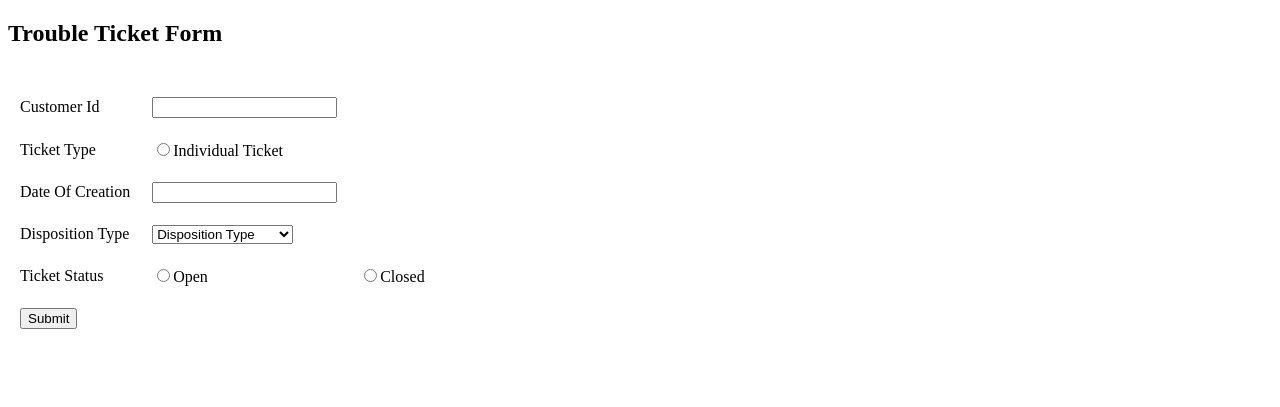
Repository: ApoorvaVeluri/JavaProject
Page: http://localhost/userinterface/Input.jsp
An editor plug-in stored every save of this project. The page is shown before and after the next save, followed by the edit.
The browser window is 1280 px wide. The pictures show the whole page.
The page is served by Tomcat 9. Other server files are loaded and not shown.

Above is the page before, as saved 2015-08-20 11:12:40.

### html/userinterface/WebContent/Input.jsp
<%@ page language="java" contentType="text/html; charset=ISO-8859-1"
	pageEncoding="ISO-8859-1"%>
<!DOCTYPE html PUBLIC "-//W3C//DTD HTML 4.01 Transitional//EN" "http://www.w3.org/TR/html4/loose.dtd">
<html>
<head>
<meta http-equiv="Content-Type" content="text/html; charset=ISO-8859-1">
<title>Insert title here</title>
</head>
<body>
	<h2>Trouble Ticket Form</h2>
	<form method="POST" action="">
		<table  cellpadding="10">

				<tr>
				<td>Customer Id</td><br>
				<td><input type="text" name="customerid" /></td>
			</tr>
			</div>

			<tr>
				<td>Ticket Type</td>
				<td><input type="radio" name="ticket_type" value="ticket_type" />Individual
					Ticket</td>

			</tr>

			<tr>
				<td>Date Of Creation</td>
				<td><input type="text" name="Date_of_creation" /></td>
			</tr>

			<tr>
			<td>Disposition Type</td>
				<td><select >
						<option value=""disabled selected>Disposition Type</option>
						<option value="Technician Dispatch">Technician Dispatch</option>
						<option value="Device Dispatch">Device Dispatch</option>
						<option value="Not Applicable">Not Applicable</option>
				</select></td>
			</tr>

			<tr>
			<td>Ticket Status</td>
			<td><input type="radio" name="ticket_status" value="ticket_status" />Open</td>
			<td><input type="radio" name="ticket_status" value="ticket_status" />Closed</td>

			<tr>
				<td colspan="2"><input type="submit" value="Submit" /></td>
			</tr>

		</table>
	</form>
</body>
</html>

After the next save:
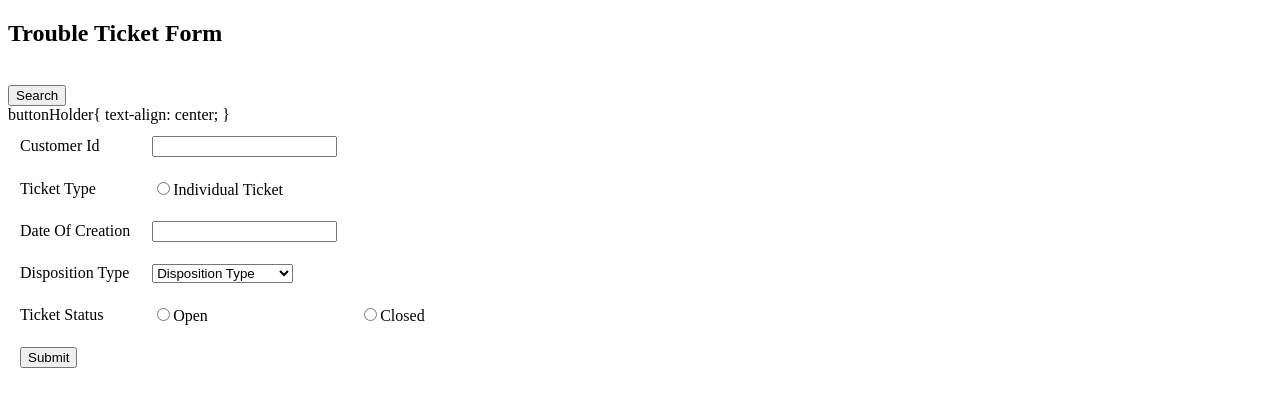
Saved 3 min 7 s later.
--- a/html/userinterface/WebContent/Input.jsp
+++ b/html/userinterface/WebContent/Input.jsp
@@ -9,10 +9,11 @@
 <body>
 	<h2>Trouble Ticket Form</h2>
 	<form method="POST" action="">
-		<table  cellpadding="10">
+		<table cellpadding="10">
 
-				<tr>
-				<td>Customer Id</td><br>
+			<tr>
+				<td>Customer Id</td>
+				<br>
 				<td><input type="text" name="customerid" /></td>
 			</tr>
 			</div>
@@ -30,9 +31,9 @@
 			</tr>
 
 			<tr>
-			<td>Disposition Type</td>
-				<td><select >
-						<option value=""disabled selected>Disposition Type</option>
+				<td>Disposition Type</td>
+				<td><select>
+						<option value="" disabled selected>Disposition Type</option>
 						<option value="Technician Dispatch">Technician Dispatch</option>
 						<option value="Device Dispatch">Device Dispatch</option>
 						<option value="Not Applicable">Not Applicable</option>
@@ -40,13 +41,23 @@
 			</tr>
 
 			<tr>
-			<td>Ticket Status</td>
-			<td><input type="radio" name="ticket_status" value="ticket_status" />Open</td>
-			<td><input type="radio" name="ticket_status" value="ticket_status" />Closed</td>
+				<td>Ticket Status</td>
+				<td><input type="radio" name="ticket_status"
+					value="ticket_status" />Open</td>
+				<td><input type="radio" name="ticket_status"
+					value="ticket_status" />Closed</td>
+			</tr>
 
 			<tr>
-				<td colspan="2"><input type="submit" value="Submit" /></td>
+				<div class="buttonHolder">
+					<input value="Search" title="Search" type="submit" id="btn_s">
+					<td colspan="2"><input type="submit" value="Submit" id="btn_s" /></td>
+				</div>
+
+				buttonHolder{ text-align: center; }
 			</tr>
+
+
 
 		</table>
 	</form>
